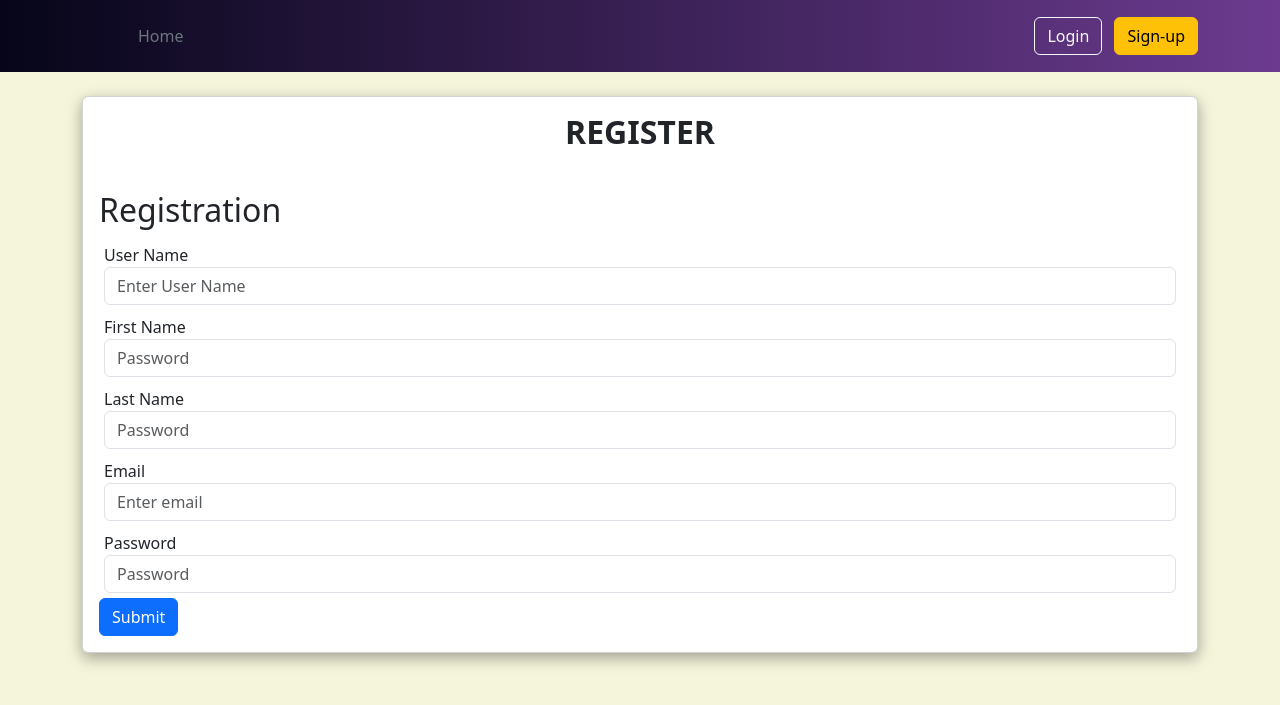
Repository: professorsourabh/php_membership
Page: index.html
An editor plug-in stored every save of this project. The page is shown before and after the next save, followed by the edit.
The browser window is 1280 px wide. The pictures show the whole page.

Above is the page before, as saved 2023-07-08 17:26:21.

### index.html
<html lang="en">
<head>
    <meta charset="UTF-8">
    <meta name="viewport" content="width=device-width, initial-scale=1.0">
    <title>Assesment</title>
    <link href="https://cdn.jsdelivr.net/npm/bootstrap@5.3.0/dist/css/bootstrap.min.css" rel="stylesheet" integrity="sha384-9ndCyUaIbzAi2FUVXJi0CjmCapSmO7SnpJef0486qhLnuZ2cdeRhO02iuK6FUUVM" crossorigin="anonymous">
    <link rel="stylesheet" href="index.css"></link>
</head>
<body>
    <header class="p-3 bg-dark text-white">
        <div class="container">
          <div class="d-flex flex-wrap align-items-center justify-content-center justify-content-lg-start">
            <a href="/" class="d-flex align-items-center mb-2 mb-lg-0 text-white text-decoration-none">
              <svg class="bi me-2" width="40" height="32" role="img" aria-label="Bootstrap"><use xlink:href="#bootstrap"/></svg>
            </a>

            <ul class="nav col-12 col-lg-auto me-lg-auto mb-2 justify-content-center mb-md-0">
              <li><a href="#" class="nav-link px-2 text-secondary">Home</a></li>

            </ul>


            <div class="text-end">
              <button type="button" class="btn btn-outline-light me-2">Login</button>
              <button type="button" class="btn btn-warning">Sign-up</button>
            </div>
          </div>
        </div>
      </header>
      <div class="container my-4">
        <div class="card my-4" style="box-shadow: rgba(0, 0, 0, 0.35) 0px 5px 15px;">
            <div class="card-heading text-center my-3 mx-2">
                <h2 class="text-uppercase fw-bold">Register</h2>
            </div>
            <div class="card-body">
                <h2>Registration</h2>
        <form method="post" action="">
            <div class="form-group">
                <label for="exampleInputusername">User Name</label>
                <input type="text" class="form-control" name="username" id="username" placeholder="Enter User Name">
              </div>

              <div class="form-group">
                <label for="exampleInputfirst_name">First Name</label>
                <input type="text" class="form-control" name="firstname" id="first_name" placeholder="Password">
              </div>
              <div class="form-group">
                <label for="exampleInputlast_name">Last Name</label>
                <input type="text" name="lastname" class="form-control" id="last_name" placeholder="Password">
              </div>

            <div class="form-group">
              <label for="exampleInputEmail">Email</label>
              <input type="email" class="form-control" name="email" id="email"  placeholder="Enter email">

            </div>


              <div class="form-group">
                <label for="exampleInputPassword">Password</label>
                <input type="password" class="form-control" name="password" id="exampleInputPassword" placeholder="Password">
              </div>


            <button type="submit" class="btn btn-primary">Submit</button>
          </form>

            </div>
        </div>

    </div>






    <script src="https://cdn.jsdelivr.net/npm/bootstrap@5.3.0/dist/js/bootstrap.bundle.min.js" integrity="sha384-geWF76RCwLtnZ8qwWowPQNguL3RmwHVBC9FhGdlKrxdiJJigb/j/68SIy3Te4Bkz" crossorigin="anonymous"></script>
</body>
</html>

### index.css
*{
    padding: 0;
    margin: 0;
}

body{

    background-color: beige;
}
header{
    background: rgb(5,4,24);
    background: linear-gradient(90deg, rgba(5,4,24,0.9557072829131653) 0%, rgba(134,66,179,0.7400210084033614) 100%);
}
.registration-part{

    padding: 50px;

}
div.form-group{
    padding: 5px;
}

After the next save:
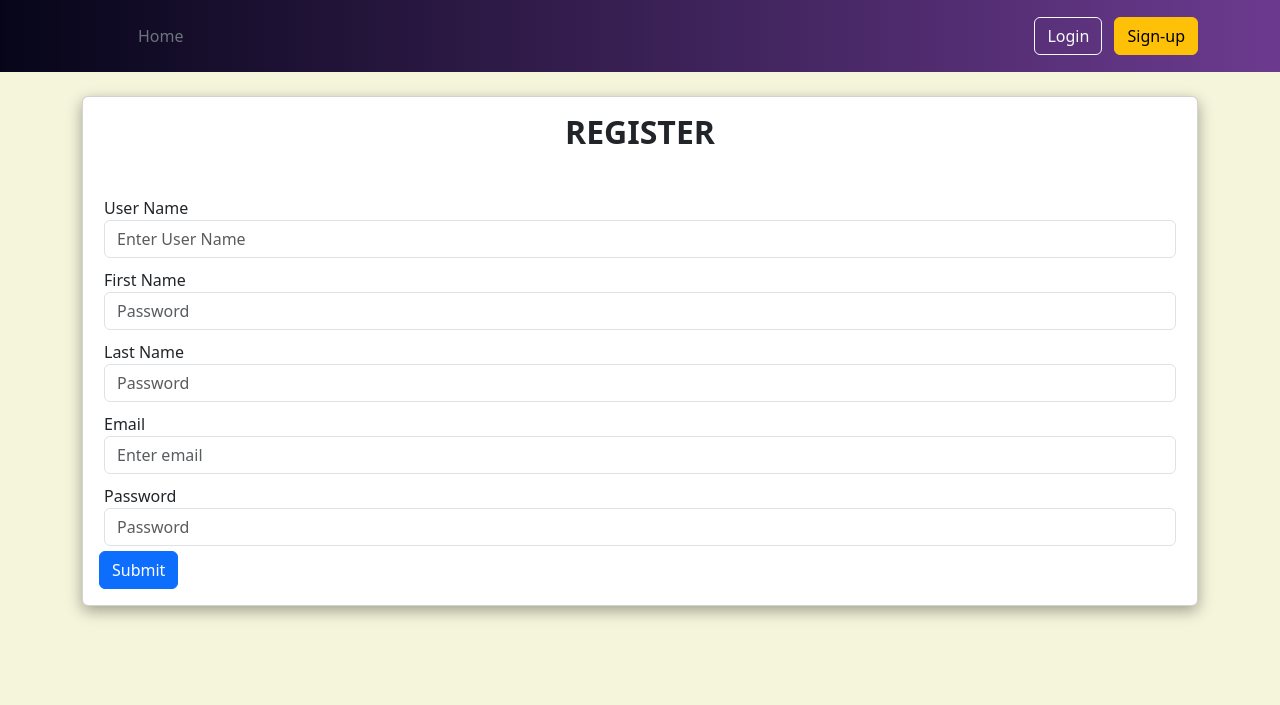
Saved 37 s later.
--- a/index.html
+++ b/index.html
@@ -33,7 +33,7 @@
                 <h2 class="text-uppercase fw-bold">Register</h2>
             </div>
             <div class="card-body">
-                <h2>Registration</h2>
+
         <form method="post" action="">
             <div class="form-group">
                 <label for="exampleInputusername">User Name</label>
